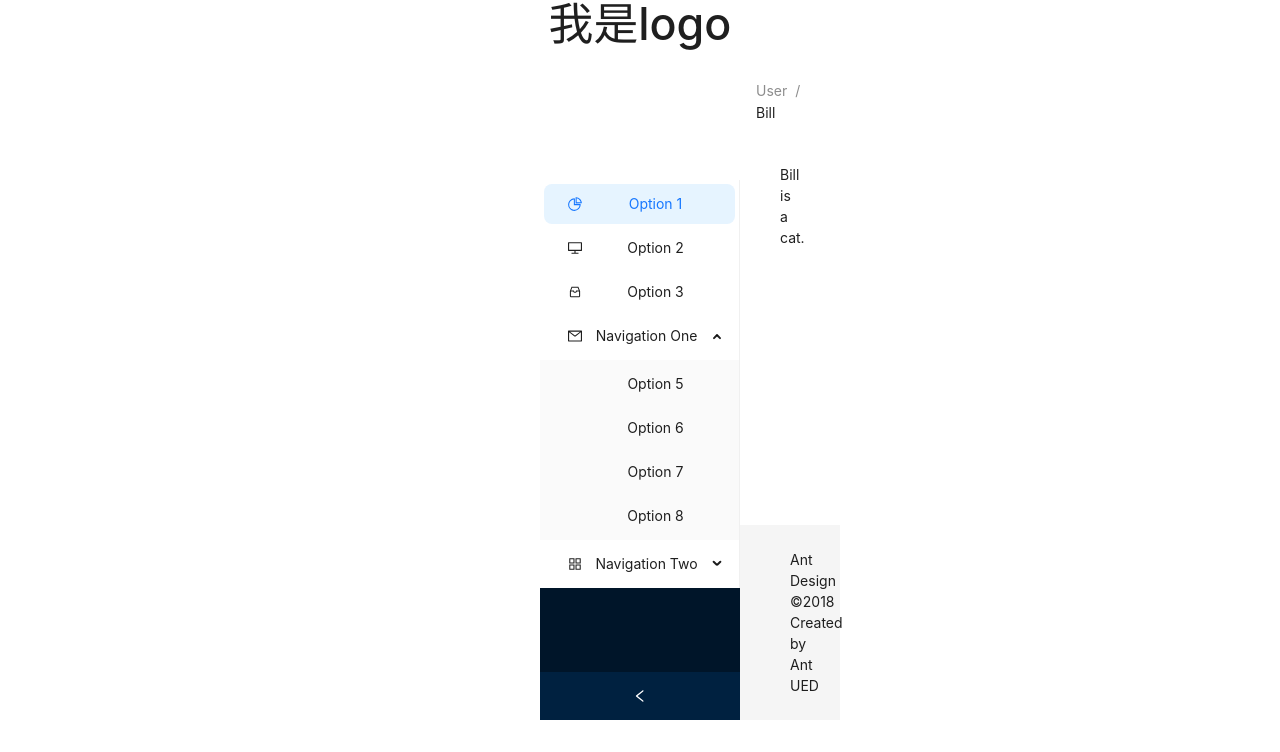
Repository: chenyl8848/chen-tool-collection
Page: /
An editor plug-in stored every save of this project. The page is shown before and after the next save, followed by the edit.
The browser window is 1280 px wide. The pictures show the whole page.
The project was rebuilt for these pictures with package versions that can differ from the ones it lists, and the page was loaded fresh each time. Also part of the build but not shown: vite.config.ts, src/components/HelloWorld.vue.

Above is the page before, as saved 2024-01-09 10:51:11.

### src/main.ts
import { createApp } from 'vue'
import './style.css'

// import Antd from 'ant-design-vue';
import 'ant-design-vue/dist/reset.css';

import App from './App.vue'

const app = createApp(App)

// app.use(Antd)

app.mount('#app')

### src/App.vue
<script setup lang="ts">
import Layout from '@/layout/index.vue';
</script>

<template>
  <div>
    <Layout></Layout>
  </div>
</template>

<style scoped>
</style>

### src/layout/index.vue
<script lang="ts" setup>
import Logo from '@/layout/siderbar/logo/index.vue'
import Menu from '@/layout/siderbar/menu/index.vue'
</script>

<template>
    <a-layout style="min-height: 100vh;background: #fff;">
        <a-layout-sider v-model:collapsed="collapsed" collapsible>
            <div class="logo">
                <Logo></Logo>
            </div>
            <div class="menu">
                <Menu></Menu>
            </div>
        </a-layout-sider>
        <a-layout>
            <a-layout-header style="background: #fff; padding: 0" />
            <a-layout-content style="margin: 0 16px">
                <a-breadcrumb style="margin: 16px 0">
                    <a-breadcrumb-item>User</a-breadcrumb-item>
                    <a-breadcrumb-item>Bill</a-breadcrumb-item>
                </a-breadcrumb>
                <div :style="{ padding: '24px', background: '#fff', minHeight: '360px' }">
                    Bill is a cat.
                </div>
            </a-layout-content>
            <a-layout-footer style="text-align: center">
                Ant Design ©2018 Created by Ant UED
            </a-layout-footer>
        </a-layout>
    </a-layout>
</template>

<style scoped>

.logo {
    height: 180px;
    background: white;
}
</style>

### src/layout/siderbar/logo/index.vue
<script lang="ts" setup>

</script>

<template>
  <div>
    <h1>我是logo</h1>
  </div>
</template>

### src/layout/siderbar/menu/index.vue
<template>
    <div>
      <a-menu
        v-model:openKeys="state.openKeys"
        v-model:selectedKeys="state.selectedKeys"
        mode="inline"
        :inline-collapsed="state.collapsed"
        :items="items"
      ></a-menu>
    </div>
  </template>
  <script lang="ts" setup>
  import { reactive, watch, h } from 'vue';
  import {
    MenuFoldOutlined,
    MenuUnfoldOutlined,
    PieChartOutlined,
    MailOutlined,
    DesktopOutlined,
    InboxOutlined,
    AppstoreOutlined,
  } from '@ant-design/icons-vue';
  const state = reactive({
    collapsed: false,
    selectedKeys: ['1'],
    openKeys: ['sub1'],
    preOpenKeys: ['sub1'],
  });
  const items = reactive([
    {
      key: '1',
      icon: () => h(PieChartOutlined),
      label: 'Option 1',
      title: 'Option 1',
    },
    {
      key: '2',
      icon: () => h(DesktopOutlined),
      label: 'Option 2',
      title: 'Option 2',
    },
    {
      key: '3',
      icon: () => h(InboxOutlined),
      label: 'Option 3',
      title: 'Option 3',
    },
    {
      key: 'sub1',
      icon: () => h(MailOutlined),
      label: 'Navigation One',
      title: 'Navigation One',
      children: [
        {
          key: '5',
          label: 'Option 5',
          title: 'Option 5',
        },
        {
          key: '6',
          label: 'Option 6',
          title: 'Option 6',
        },
        {
          key: '7',
          label: 'Option 7',
          title: 'Option 7',
        },
        {
          key: '8',
          label: 'Option 8',
          title: 'Option 8',
        },
      ],
    },
    {
      key: 'sub2',
      icon: () => h(AppstoreOutlined),
      label: 'Navigation Two',
      title: 'Navigation Two',
      children: [
        {
          key: '9',
          label: 'Option 9',
          title: 'Option 9',
        },
        {
          key: '10',
          label: 'Option 10',
          title: 'Option 10',
        },
        {
          key: 'sub3',
          label: 'Submenu',
          title: 'Submenu',
          children: [
            {
              key: '11',
              label: 'Option 11',
              title: 'Option 11',
            },
            {
              key: '12',
              label: 'Option 12',
              title: 'Option 12',
            },
          ],
        },
      ],
    },
  ]);
  watch(
    () => state.openKeys,
    (_val, oldVal) => {
      state.preOpenKeys = oldVal;
    },
  );
  const toggleCollapsed = () => {
    state.collapsed = !state.collapsed;
    state.openKeys = state.collapsed ? [] : state.preOpenKeys;
  };
  </script>

Loaded but not shown: index.html (common file); src/style.css (common file)

After the next save:
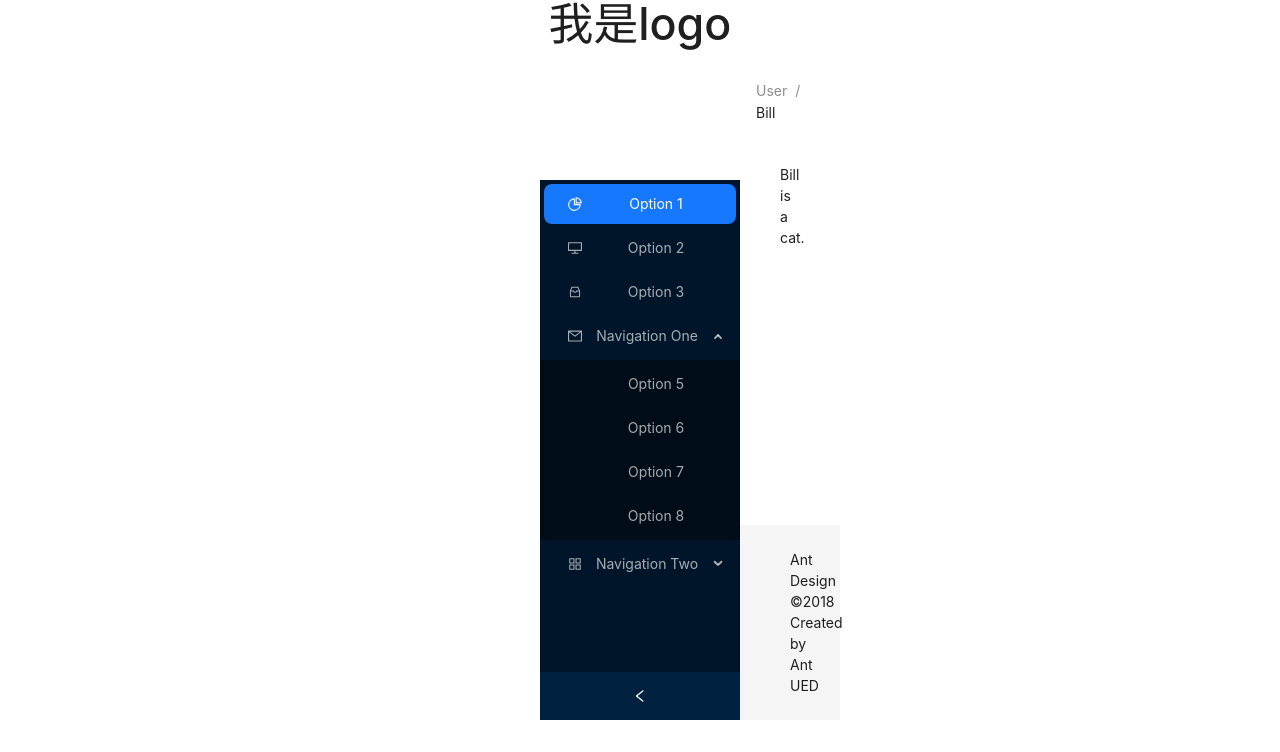
Saved 19 s later.
--- a/src/layout/siderbar/menu/index.vue
+++ b/src/layout/siderbar/menu/index.vue
@@ -4,6 +4,7 @@
         v-model:openKeys="state.openKeys"
         v-model:selectedKeys="state.selectedKeys"
         mode="inline"
+        theme="dark"
         :inline-collapsed="state.collapsed"
         :items="items"
       ></a-menu>
